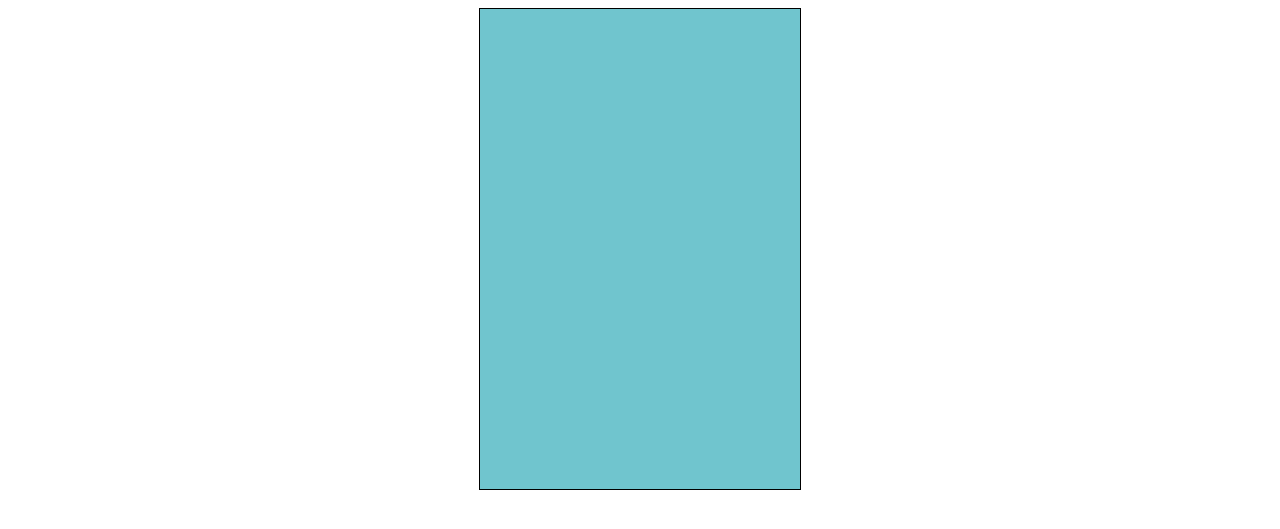
Repository: GoodHoneyCake/Flappy_Bird_Game
Page: index.html
The author's editor kept a copy of each file at every save. The page is drawn from the files as they stood at one save, then again after the next save.
The browser window is 1280 px wide. The pictures show the whole page.

Above is the page before, as saved 2021-02-01 14:01:05.

After the next save:
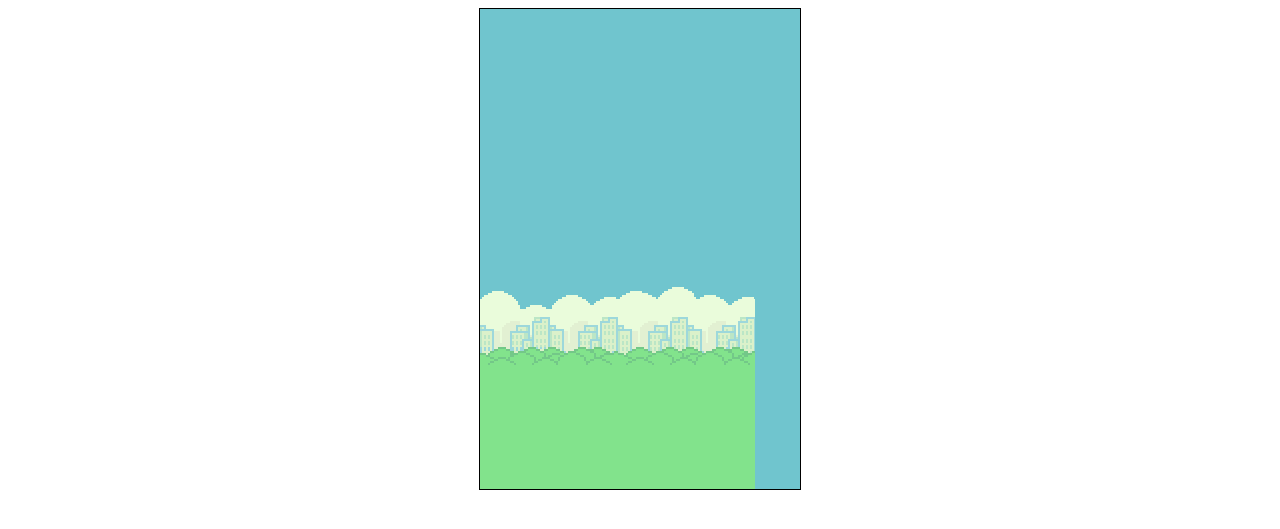
Saved 33 s later.
--- a/game.js
+++ b/game.js
@@ -37,6 +37,8 @@
 function draw() {
   ctx.fillStyle = "#70c5ce";
   ctx.fillRect(0, 0, cvs.width, cvs.height);
+
+  bg.draw();
 }
 
 // Update
